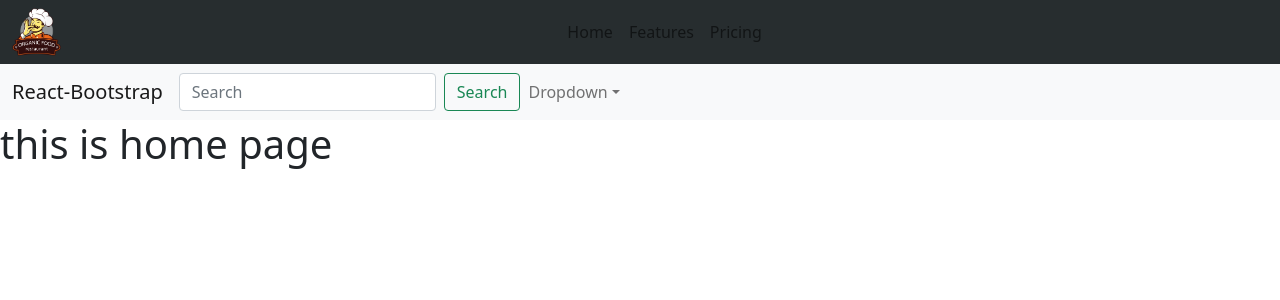
Repository: mdrubel02/organic-food-restaurnat
Page: /
These files come from the project's save history. The page is drawn as it stood at one moment and after the next save; the edit follows.
The browser window is 1280 px wide. The pictures show the whole page.
The project was rebuilt for these pictures with package versions that can differ from the ones it lists, and the page was loaded fresh each time.

Above is the page before, as saved 2022-07-02 16:13:19.

### src/index.css
@import url('https://fonts.googleapis.com/css2?family=Poppins:wght@300;400;500;600&display=swap');

* {
    margin: 0;
    padding: 0;
    border: 0;
    outline: 0;
    box-sizing: border-box;
    list-style: none;
    text-decoration: none;
}

:root {
    --color-bg: #272D2F;
    --color-bg-variant: #ffec78;
    --color-primary: #eb671b;
    --color-primary-variant: #310e0e;

    --transition: all 400ms ease;
}

body {
    font-family: 'Poppins', sans-serif;
}

h1,
h2,
h3,
h4,
h5,
h6 {
    font-weight: 500;
}

a {
    color: var(--color-primary);
    transition: var(--transition);
}

a:hover {
    color: var(--color-white);
}

.button {
    text-align: center;
    width: max-content;
    display: inline-block;
    color: var(--color-primary);
    padding: 0.75rem 1.2rem;
    border-radius: 0.4rem;
    border: 1px solid var(--color-primary);
    transition: var(--transition);
}

.button:hover {
    background: var(--color-white);
    color: var(--color-bg);
    border-color: transparent;
}

.button-primary {
    background: var(--color-primary);
    color: var(--color-bg);
}

img {
    display: block;
    width: 100%;
    object-fit: cover;
}

### src/App.js
import { Route, Routes } from "react-router-dom";
import HeaderOne from "./Components/Header/HeaderOne.js";
import HeaderTwo from "./Components/Header/HeaderTwo.js";
import Home from "./Components/Home/Home";


function App() {
  return (
    <div>
      <HeaderOne />
      <HeaderTwo />
      <Routes>
        <Route path="/" element={<Home />} />
      </Routes>
    </div>
  );
}

export default App;

### src/Components/Header/HeaderOne.js
import React from 'react';
import './HeaderOne.css'
import Container from 'react-bootstrap/Container';
import { Navbar, Nav } from 'react-bootstrap';
import logo from '../../Accets/restaurant logo.png'
import { Link } from 'react-router-dom';

const HeaderOne = () => {
    return (
        <Navbar className='one'>
            <Container fluid>
                <Link to='/'>
                    <img className='logo img' src={logo} alt="" />
                </Link>
                <Nav className="mx-auto">
                    <Nav.Link href="#home">Home</Nav.Link>
                    <Nav.Link href="#features">Features</Nav.Link>
                    <Nav.Link href="#pricing">Pricing</Nav.Link>
                </Nav>
            </Container>
        </Navbar>
    );
};

export default HeaderOne;

### src/Components/Header/HeaderTwo.js
import React from 'react';
import { Button, Container, Form, Nav, Navbar, NavDropdown } from 'react-bootstrap';
import Avatar from 'react-avatar';
import logo from '../../Accets/restaurant logo.png'

const HeaderTwo = () => {
    return (
        <Navbar bg="light" expand="lg">
            <Container fluid>
            <Navbar.Brand href="#home">React-Bootstrap</Navbar.Brand>
                <Form className="d-flex">
                    <Form.Control
                        type="search"
                        placeholder="Search"
                        className="me-2"
                        aria-label="Search"
                    />
                    <Button variant="outline-success">Search</Button>
                </Form>

                    <Nav
                        className="me-auto my-2 my-lg-0"
                        style={{ maxHeight: '100px' }}
                        navbarScroll
                    >
                        <NavDropdown title="Dropdown" id="basic-nav-dropdown">
                            <NavDropdown.Item href="#action/3.1">Action</NavDropdown.Item>
                            <NavDropdown.Item href="#action/3.2">
                                Another action
                            </NavDropdown.Item>
                            <NavDropdown.Item href="#action/3.3">Something</NavDropdown.Item>
                            <NavDropdown.Divider />
                            <NavDropdown.Item href="#action/3.4">
                                Separated link
                            </NavDropdown.Item>
                        </NavDropdown>
                    </Nav>


            </Container>
        </Navbar>
    );
};

export default HeaderTwo;

### src/Components/Home/Home.js
import React from 'react';

const Home = () => {
    return (
        <div>
            <h1>this is home page</h1>
        </div>
    );
};

export default Home;

### src/Components/Header/HeaderOne.css
.one{
    background-color: var(--color-bg);
}
.logo{
    height: 3rem;
}

Loaded but not shown: public/index.html (common file); src/index.js (common file); src/reportWebVitals.js (common file)

After the next save:
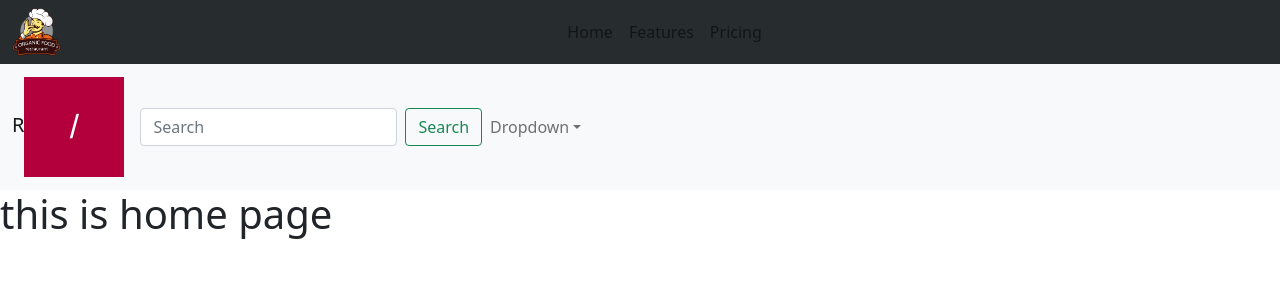
Saved 80 s later.
--- a/src/Components/Header/HeaderTwo.js
+++ b/src/Components/Header/HeaderTwo.js
@@ -7,7 +7,9 @@ const HeaderTwo = () => {
     return (
         <Navbar bg="light" expand="lg">
             <Container fluid>
-            <Navbar.Brand href="#home">React-Bootstrap</Navbar.Brand>
+                <Navbar.Brand href="#home">R
+                    <Avatar name={logo}></Avatar>
+                </Navbar.Brand>
                 <Form className="d-flex">
                     <Form.Control
                         type="search"
@@ -18,23 +20,23 @@ const HeaderTwo = () => {
                     <Button variant="outline-success">Search</Button>
                 </Form>
 
-                    <Nav
-                        className="me-auto my-2 my-lg-0"
-                        style={{ maxHeight: '100px' }}
-                        navbarScroll
-                    >
-                        <NavDropdown title="Dropdown" id="basic-nav-dropdown">
-                            <NavDropdown.Item href="#action/3.1">Action</NavDropdown.Item>
-                            <NavDropdown.Item href="#action/3.2">
-                                Another action
-                            </NavDropdown.Item>
-                            <NavDropdown.Item href="#action/3.3">Something</NavDropdown.Item>
-                            <NavDropdown.Divider />
-                            <NavDropdown.Item href="#action/3.4">
-                                Separated link
-                            </NavDropdown.Item>
-                        </NavDropdown>
-                    </Nav>
+                <Nav
+                    className="me-auto my-2 my-lg-0"
+                    style={{ maxHeight: '100px' }}
+                    navbarScroll
+                >
+                    <NavDropdown title="Dropdown" id="basic-nav-dropdown">
+                        <NavDropdown.Item href="#action/3.1">Action</NavDropdown.Item>
+                        <NavDropdown.Item href="#action/3.2">
+                            Another action
+                        </NavDropdown.Item>
+                        <NavDropdown.Item href="#action/3.3">Something</NavDropdown.Item>
+                        <NavDropdown.Divider />
+                        <NavDropdown.Item href="#action/3.4">
+                            Separated link
+                        </NavDropdown.Item>
+                    </NavDropdown>
+                </Nav>
 
 
             </Container>
